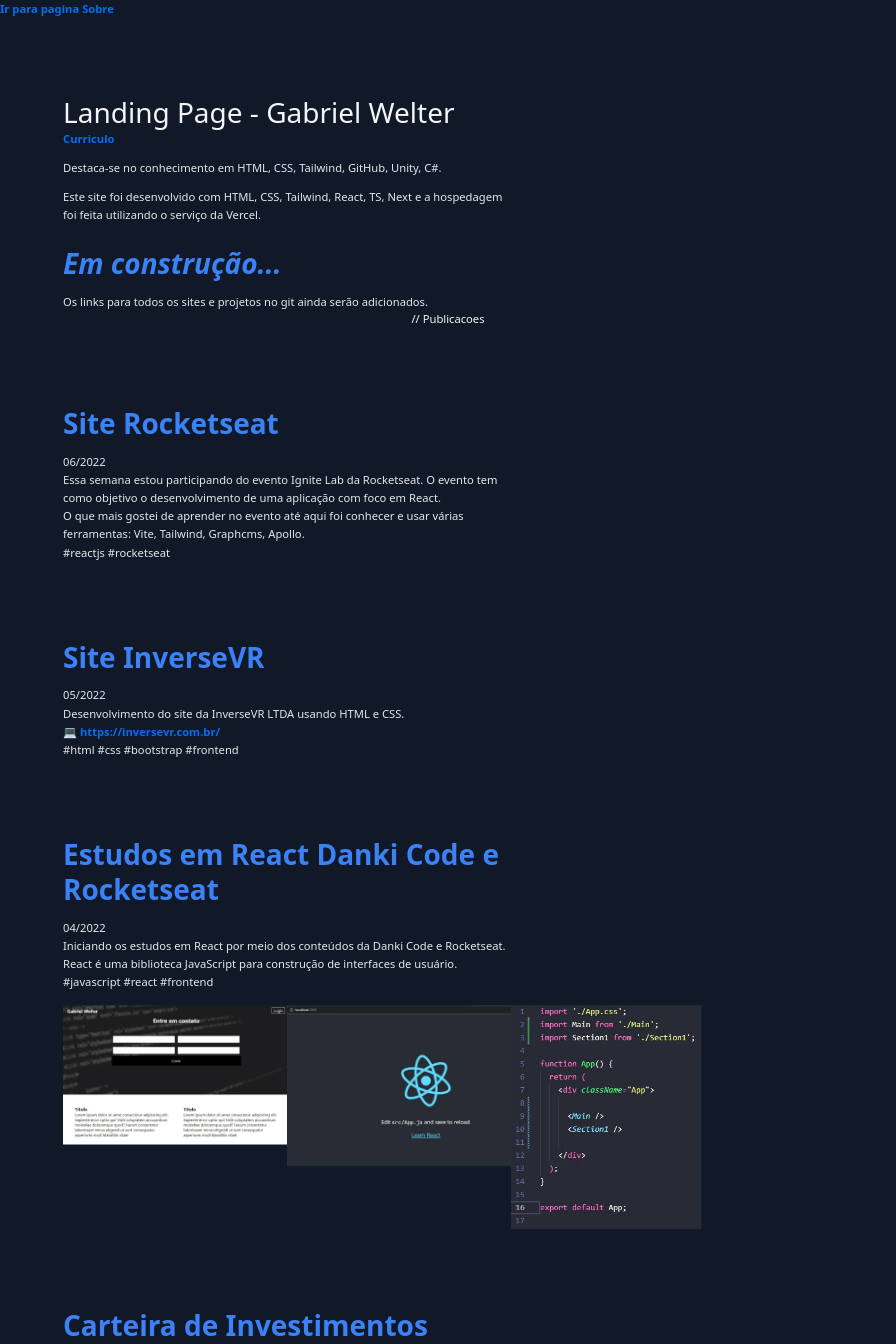
Repository: weltergab/test-next
Page: /
The author's editor kept a copy of each file at every save. The page is drawn from the files as they stood at one save, then again after the next save.
The browser window is 1280 px wide. The pictures show the part of the page from y = 0 to 1920 px (the page is 2984 px tall before and 2960 px after), at 70% of full size.
The project was rebuilt for these pictures with package versions that can differ from the ones it lists, and the page was loaded fresh each time. The framework's server and built-in components were replaced by stand-ins that run in the browser. Also part of the build but not shown: next.config.js.

Above is the page before, as saved 2023-04-07 20:40:52.

### src/pages/index.js
import Head from 'next/head';
import Image from 'next/image';
import { Inter } from 'next/font/google';

import Link from 'next/link';

import { useEffect, useState } from 'react';
import reactLogo from './assets/react.svg';

// import curriculo from './assets/curriculo.pdf';
// import omnistack from '../../public/assets/blur-background.png';
// import estudosReact_1 from '../../public/assets/blur-background.png';
// import estudosReact_2 from '../../public/assets/estudosReact_2.jpg';
// import estudosReact_3 from '../../public/assets/estudosReact_3.jpg';
// import mockup from '../../public/assets/code-mockup.png';

import ImageComponent from '../components/ImageComponent';

import ScrollReveal from 'scrollreveal';

const inter = Inter({ subsets: ['latin'] });

export default function Home() {
  const [count, setCount] = useState(0);
  const [showImage, setShowImage] = useState(false);

  const handleShowImage = () => {
    setShowImage(true);
  };

  const handleCloseImage = () => {
    setShowImage(false);
  };

  return (
    <>
      <Head>
        <title>Create Next App</title>
        <meta name="description" content="Generated by create next app" />
        <meta name="viewport" content="width=device-width, initial-scale=1" />
        <link rel="icon" href="/favicon.ico" />
      </Head>

      <main>
        <div className="">
          <Link href="/sobre">Ir para pagina Sobre</Link>
        </div>
      </main>

      <div>
        <div className="min-h-screen bg-blur bg-cover bg-no-repeat flex flex-col items-center bg-center">
          {/* Titulos */}
          <div className="max-w-[1100px] w-full flex items-center justify-between mt-20 mx-auto">
            <div className="header">
              <div className="max-w-[640px]">
                <h1 className="mt-8 text-[2.5rem] leading-tight">
                  Landing Page - Gabriel Welter
                </h1>
                <h2>
                  <a href="/assets/curriculo.pdf" target="_blank">
                    Curriculo
                  </a>
                </h2>
                <p className="mt-4 text-gray-200 leading-relaxed">
                  Destaca-se no conhecimento em HTML, CSS, Tailwind, GitHub, Unity, C#.
                </p>
                <p className="mt-4 text-gray-200 leading-relaxed">
                  Este site foi desenvolvido com HTML, CSS, Tailwind, React, TS, Next e a hospedagem foi feita utilizando o serviço da Vercel.
                </p>
                <h1 className="mt-8 text-[2.5rem] leading-tight italic">
                  <strong className="text-blue-500">Em construção...</strong>
                </h1>
                <p className="mt-4 text-gray-200 leading-relaxed">
                  Os links para todos os sites e projetos no git ainda serão adicionados.
                </p>
              </div>
            </div>
          </div>

          // Publicacoes

          <div class="publication max-w-[1100px] w-full flex flex-col justify-between mt-20 mx-auto"> {/* items-center  */}
            <div class="max-w-[640px] postagem">
              <h1 class="mt-8 text-[2.5rem] leading-tight">
                <strong class="text-blue-500">Site Rocketseat</strong>
              </h1>
              <p class="mt-4 text-gray-200 leading-relaxed">
                06/2022 <br />
                Essa semana estou participando do evento Ignite Lab da Rocketseat.
                O evento tem como objetivo o desenvolvimento de uma aplicação com foco em React. <br />
                O que mais gostei de aprender no evento até aqui foi conhecer e usar várias ferramentas: Vite, Tailwind, Graphcms, Apollo. <br />
                #reactjs #rocketseat
              </p>
            </div>
          </div>
          <div class="publication max-w-[1100px] w-full flex flex-col justify-between mt-20 mx-auto">
            <div class="max-w-[640px] postagem">
              <h1 class="mt-8 text-[2.5rem] leading-tight">
                <strong class="text-blue-500">Site InverseVR</strong>
              </h1>
              <p class="mt-4 text-gray-200 leading-relaxed">
                05/2022 <br />
                Desenvolvimento do site da InverseVR LTDA usando HTML e CSS. <br />
                <a href="https://inversevr.com.br/" target="_blank">💻 https://inversevr.com.br/</a><br />
                #html #css #bootstrap #frontend
              </p>
            </div>
          </div>

          <div className="publication max-w-[1100px] w-full flex flex-col justify-between mt-20 mx-auto">
            <div className="max-w-[640px] postagem">
              <h1 className="mt-8 text-[2.5rem] leading-tight">
                <strong className="text-blue-500">Estudos em React Danki Code e Rocketseat</strong>
              </h1>
              <p className="mt-4 text-gray-200 leading-relaxed">
                04/2022 <br />
                Iniciando os estudos em React por meio dos conteúdos da Danki Code e Rocketseat.
                React é uma biblioteca JavaScript para construção de interfaces de usuário. <br />
                #javascript #react #frontend
              </p>
              <div className='flex justify-between mt-5'>
                <ImageComponent imageSrc="/assets/estudosReact_1.png" />
                <ImageComponent imageSrc="/assets/estudosReact_2.jpg" />
                <ImageComponent imageSrc="/assets/estudosReact_3.jpg" />
              </div>

            </div>
          </div>

          <div className="publication max-w-[1100px] w-full flex flex-col justify-between mt-20 mx-auto">
            <div className="max-w-[640px] postagem">
              <h1 className="mt-8 text-[2.5rem] leading-tight">
                <strong className="text-blue-500">Carteira de Investimentos</strong>
              </h1>
              <p className="mt-4 text-gray-200 leading-relaxed">
                Site para organizar investimentos realizado como trabalho final da disciplina de Programação Web da UFSM.
                Foi desenvolvido com HTML, CSS, Taiwindcss, PHP.
                Bernardo Gatto foi responsável pelo Backend em PHP.
              </p>
            </div>
          </div>
          <div className="publication max-w-[1100px] w-full flex flex-col justify-between mt-20 mx-auto">
            <div className="max-w-[640px] postagem">
              <h1 className="mt-8 text-[2.5rem] leading-tight">
                <strong className="text-blue-500">OmniStack 11 - Rocketseat</strong>
              </h1>
              <p className="mt-4 text-gray-200 leading-relaxed">
                03/2020 <br />
                Participei da semana de desenvolvimento prático da Rocketseat e tive uma introdução a Node.js, ReactJS e React Native. <br />
                <a href='/assets/certificado_omnistack.pdf' target="_blank">Certificado OmniStack 11</a>
              </p>
            </div>
          </div>

          <div className='footer'>
            <img src='/assets/code-mockup.png' className="mt-10 headline" alt="" />
          </div>
        </div>
      </div>

    </>
  )
}

### src/styles/globals.css
@tailwind base;
@tailwind components;
@tailwind utilities;

body {
    @apply bg-gray-900 text-gray-100;
    -webkit-font-smoothing: antialiased;
  }

  a {
    color: #0070f3;
    text-decoration: none;
    font-weight: bold;
  }

  a:hover {
    font-style: italic;
  }

  /* Esconder a imagem grande */
  .imagem-grande {
    display: none;
  }

  /* Estilizar o link */
  .link-imagem:hover {
    cursor: zoom-in;
  }

  /* Mudar a aparência do link quando o usuário passar o mouse sobre a imagem pequena */
  .imagem-pequena:hover {
    opacity: 0.7;
  }

### src/components/ImageComponent/index.jsx
import React, { useState } from 'react';

const ImageComponent = ({ imageSrc }) => {
  const [isImageClicked, setIsImageClicked] = useState(false);
  const [isExpanded, setIsExpanded] = useState(false);

  const handleImageClick = () => {
    setIsImageClicked(!isImageClicked);
    setIsExpanded(true);
  };

  const handleExpandedImageClick = () => {
    setIsExpanded(false);
  };

  return (
    <div className="relative max-w-full max-h-full mx-auto">
      <div className="relative max-w-full max-h-full mx-auto">
        <img
          src={imageSrc}
          alt="imagem"
          onClick={handleImageClick}
          className="max-w-80 max-h-80"
        />
      </div>
      {isExpanded && (
        <div
          className="fixed top-0 left-0 w-full h-full z-50 flex items-center justify-center"
          onClick={handleExpandedImageClick}
        >
          <img
            src={imageSrc}
            alt="imagem ampliada"
            className="max-w-4xl max-h-4xl object-contain"
          />
        </div>
      )}
    </div>
  );
};

export default ImageComponent;

Loaded but not shown: src/pages/_app.jsx (common file); src/pages/_document.js (common file); tailwind.config.js (common file)

After the next save:
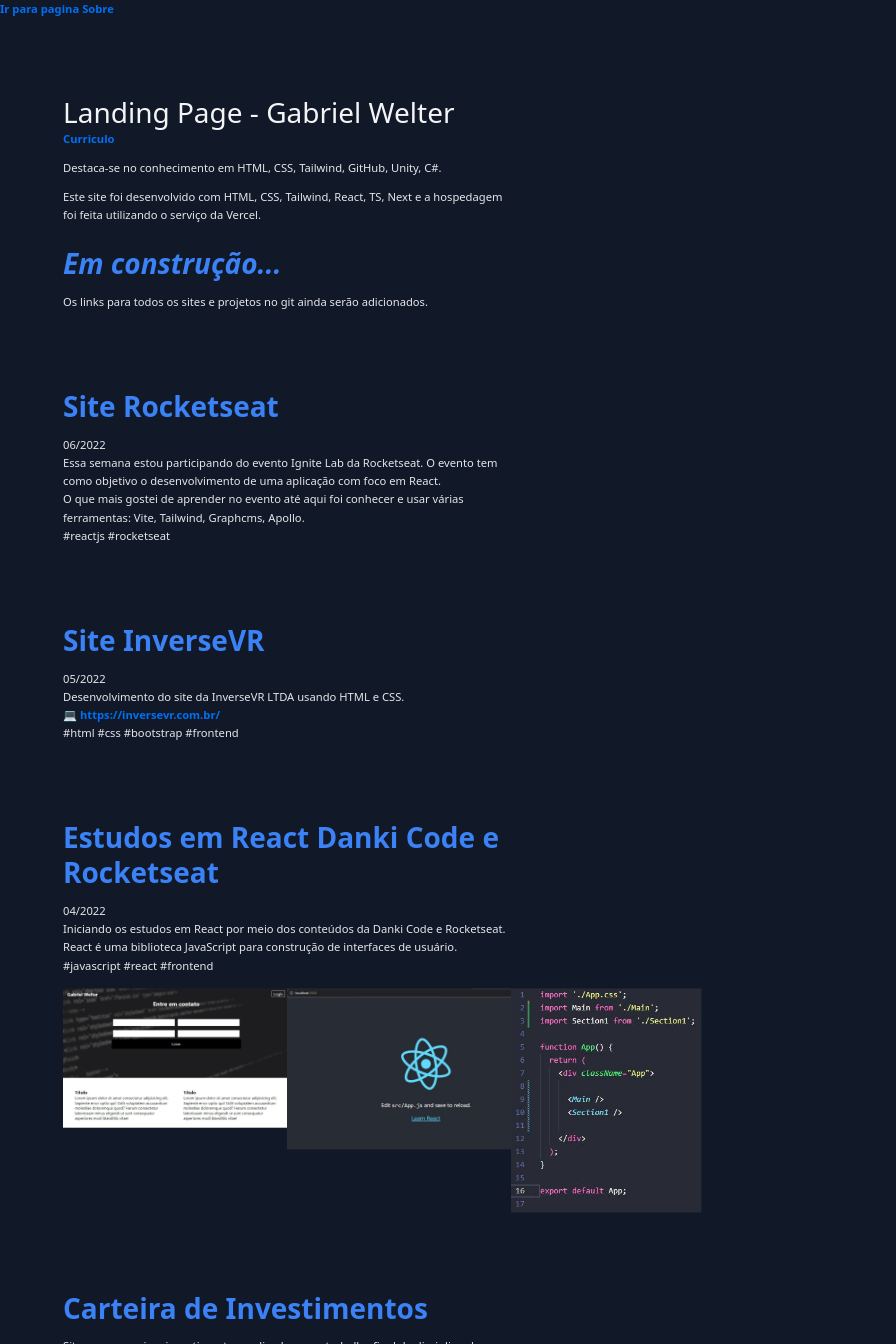
Saved 30 s later.
--- a/src/pages/index.js
+++ b/src/pages/index.js
@@ -77,7 +77,7 @@
             </div>
           </div>
 
-          // Publicacoes
+          {/* // Publicacoes */}
 
           <div class="publication max-w-[1100px] w-full flex flex-col justify-between mt-20 mx-auto"> {/* items-center  */}
             <div class="max-w-[640px] postagem">
